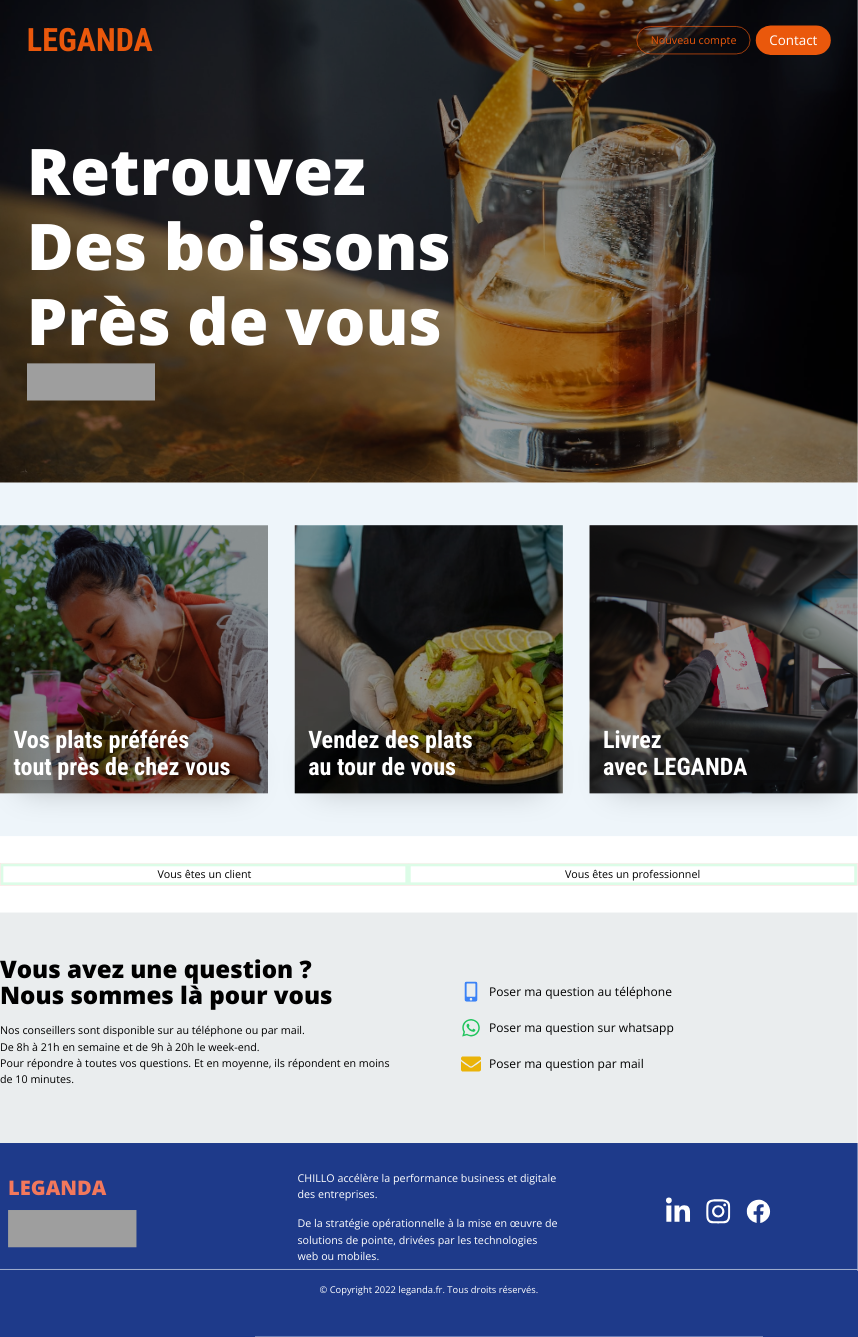
Repository: chillo-tech/website-leganda
Page: /
These files come from the project's save history. The page is drawn as it stood at one moment and after the next save; the edit follows.
The browser window is 1280 px wide. The pictures show the whole page, at 67% of full size.
Pictures or frames that could not be fetched are drawn as grey boxes. The project was rebuilt for these pictures with package versions that can differ from the ones it lists, and the page was loaded fresh each time. Some packages were replaced by stand-ins written for this rebuild. The framework's server and built-in components were replaced by stand-ins that run in the browser. Also part of the build but not shown: next.config.js, components/header/items/SearchBar.tsx.

Above is the page before, as saved 2023-02-09 11:22:44.

After the next save:
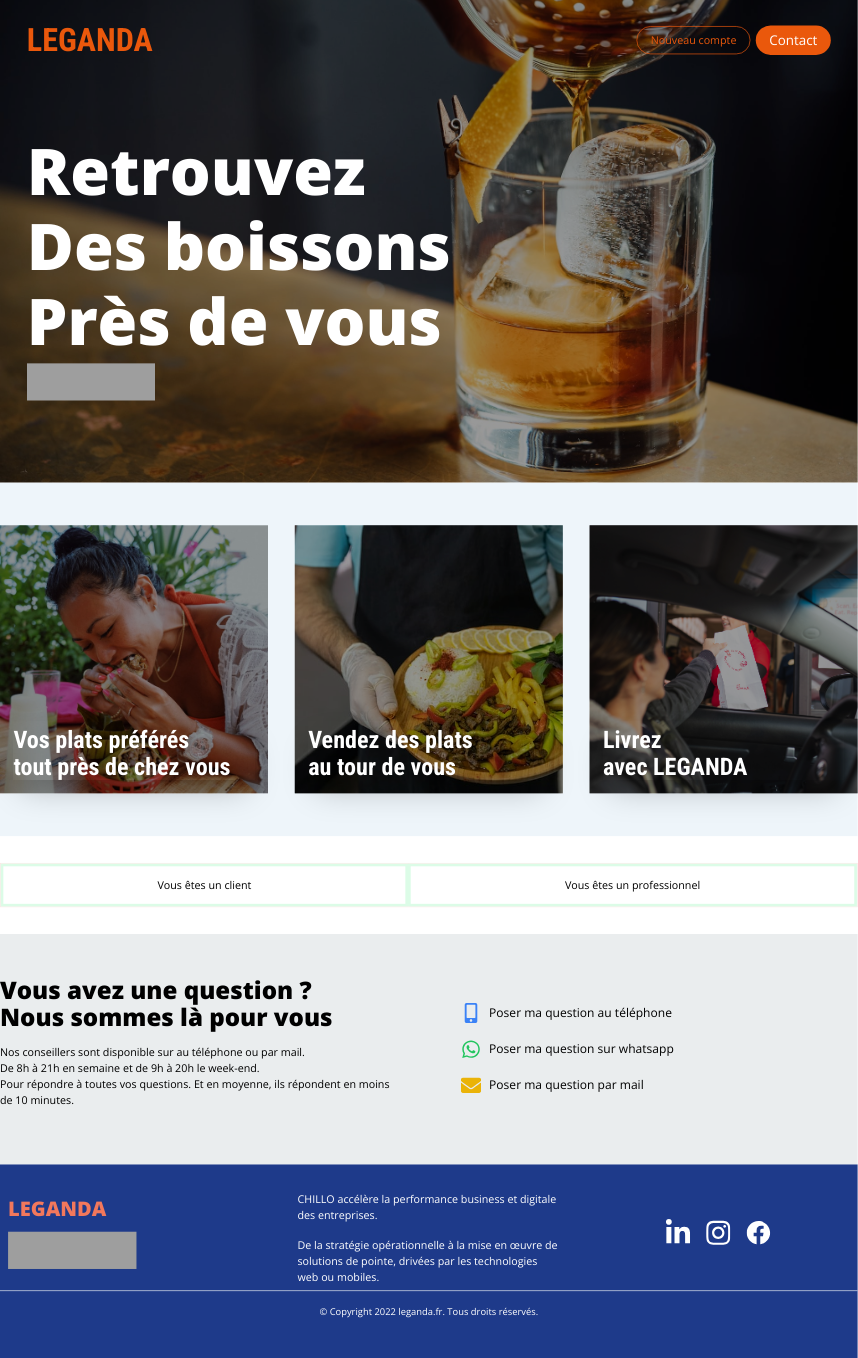
Saved 4 s later.
--- a/components/tabs/index.tsx
+++ b/components/tabs/index.tsx
@@ -6,7 +6,7 @@
       <ul className='flex  border border-red-100 justtify-center items-center'>
         {items.map((item: any, index: number) => (
           <li key={`tab-${index}`} className="border-4 border-green-100 grow">
-            <button type='button' className='w-full'>{item.label}</button>
+            <button type='button' className='w-full py-4'>{item.label}</button>
           </li>
         ))}
       </ul>
